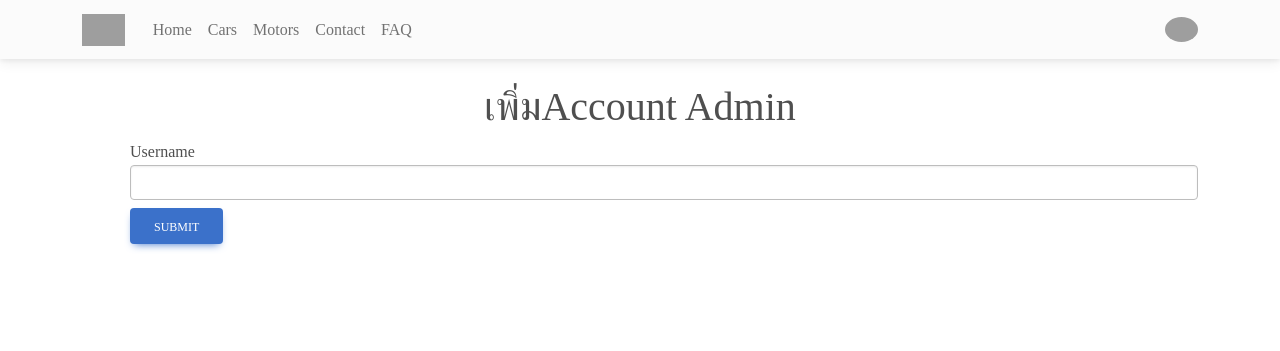
Repository: armychawakorn/Rent4U-Java
Page: http://localhost/miniproject/Admin/addusers.jsp
The author's editor kept a copy of each file at every save. The page is drawn from the files as they stood at one save, then again after the next save.
The browser window is 1280 px wide. The pictures show the whole page.
Pictures or frames that could not be fetched are drawn as grey boxes. Some web fonts or font styles are not loaded; a fallback is used. Some web libraries are served in a nearby version. The page is served by Tomcat 9.

Above is the page before, as saved 2023-10-28 19:50:07.

After the next save:
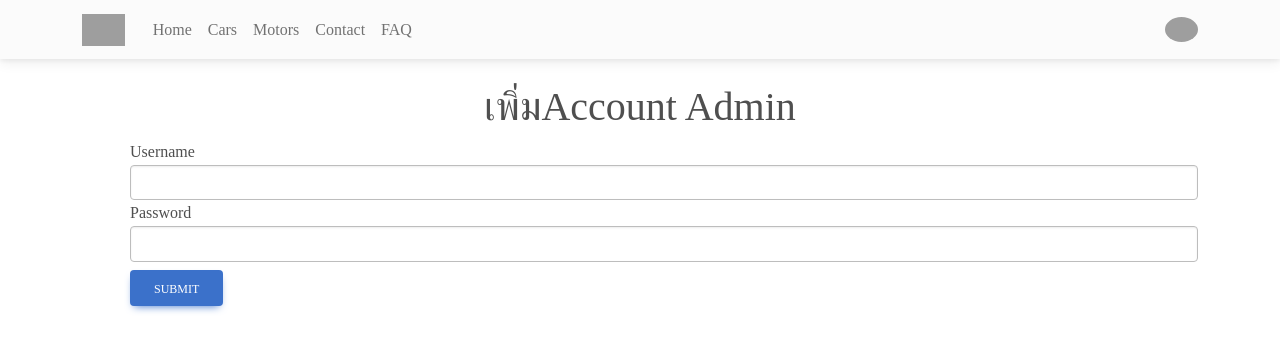
Saved 40 s later.
--- a/miniproject/src/main/webapp/Admin/addusers.jsp
+++ b/miniproject/src/main/webapp/Admin/addusers.jsp
@@ -29,6 +29,10 @@
 				<label for="Customer">Username</label>
 				<input type="text" id="username" name="username" class="form-control">
 			</div>
+			<div class="form-group">
+				<label for="Customer">Password</label>
+				<input type="password" id="password" name="password" class="form-control">
+			</div>
 			<div class="pt-2">
 				<button type="submit" class="btn btn-primary">Submit</button>
 			</div>
